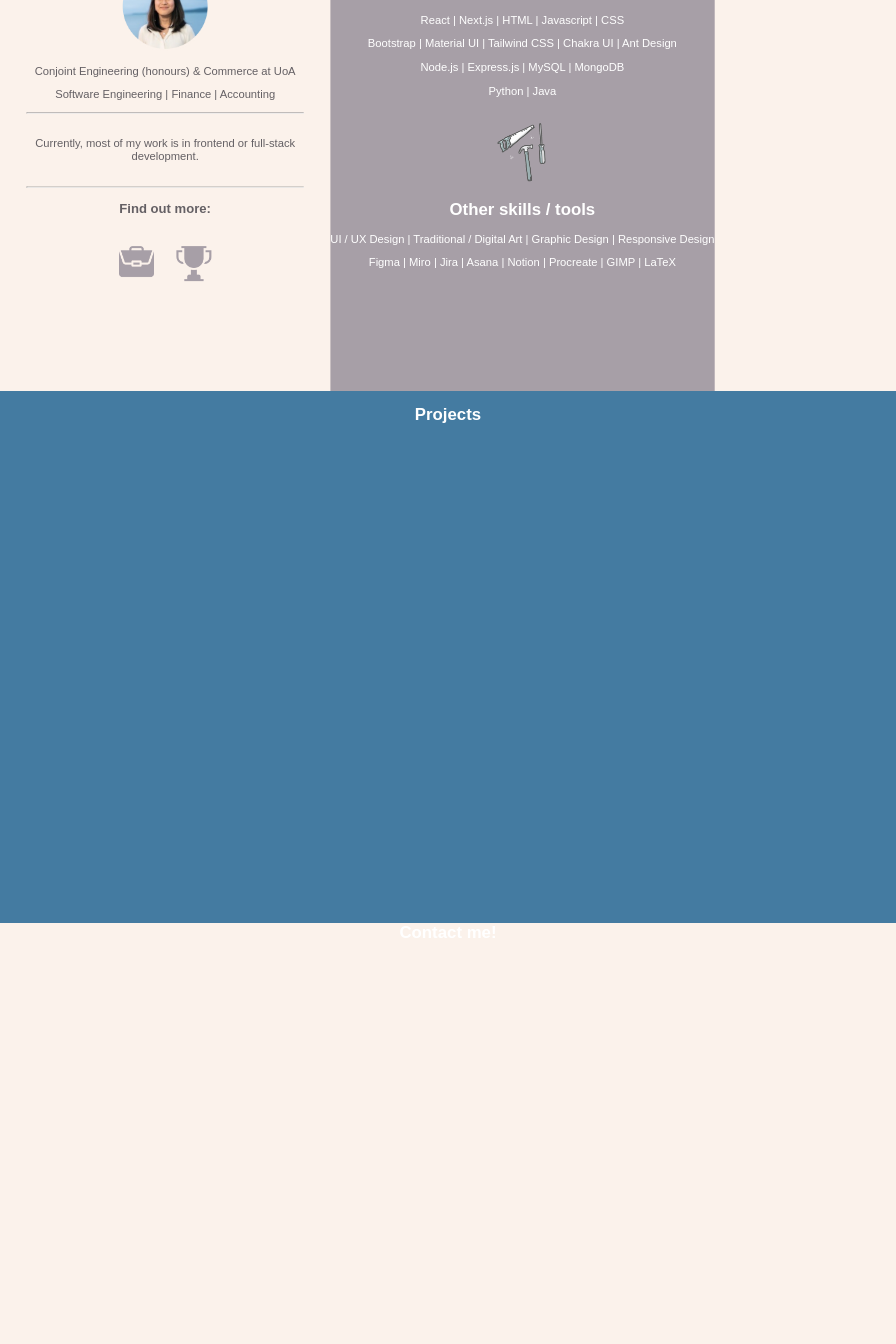
Repository: lukisoo/lukisoo-portfolio
Page: /
An editor plug-in stored every save of this project. The page is shown before and after a run of saves, followed by the edit.
The browser window is 1280 px wide. The pictures show the part of the page from y = 882 to 2802 px (the page is 2920 px tall before and 2900 px after), at 70% of full size.
The project was rebuilt for these pictures with package versions that can differ from the ones it lists, and the page was loaded fresh each time.

Above is the page before, as saved 2022-07-31 08:23:37.

After the next 4 saves:
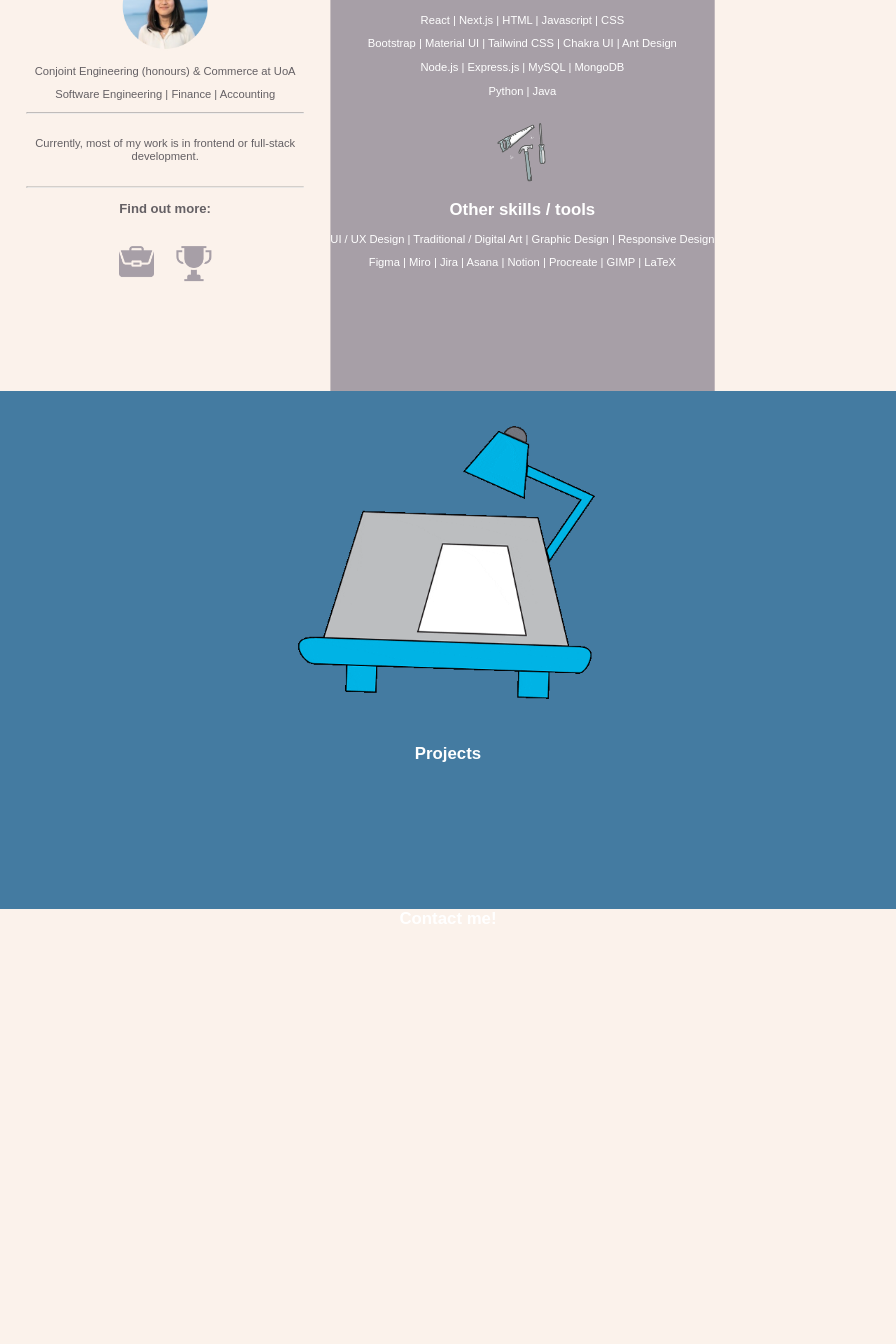
The 4 saves are shown as one change because 2 did not build or start and some came seconds apart.
The last was saved 6 h 1 min later.
--- a/src/App.js
+++ b/src/App.js
@@ -11,6 +11,7 @@ import AchievementsLogo from "./images/about-me/achievements.png";
 
 import Laptop from "./images/about-me/laptop.gif";
 import Tools from "./images/about-me/tools.gif";
+import Projects from "./images/projects-section/projects.gif";
 
 function App() {
   return (
@@ -157,6 +158,7 @@ function App() {
 
       <section id="projects-section" className="full-section">
         <div>
+        <img src={Projects} className="" alt="Projects"/>
           <h1>Projects</h1>
           <Grid container spacing={2}>
             <Grid item xs={6} md={8}></Grid>
